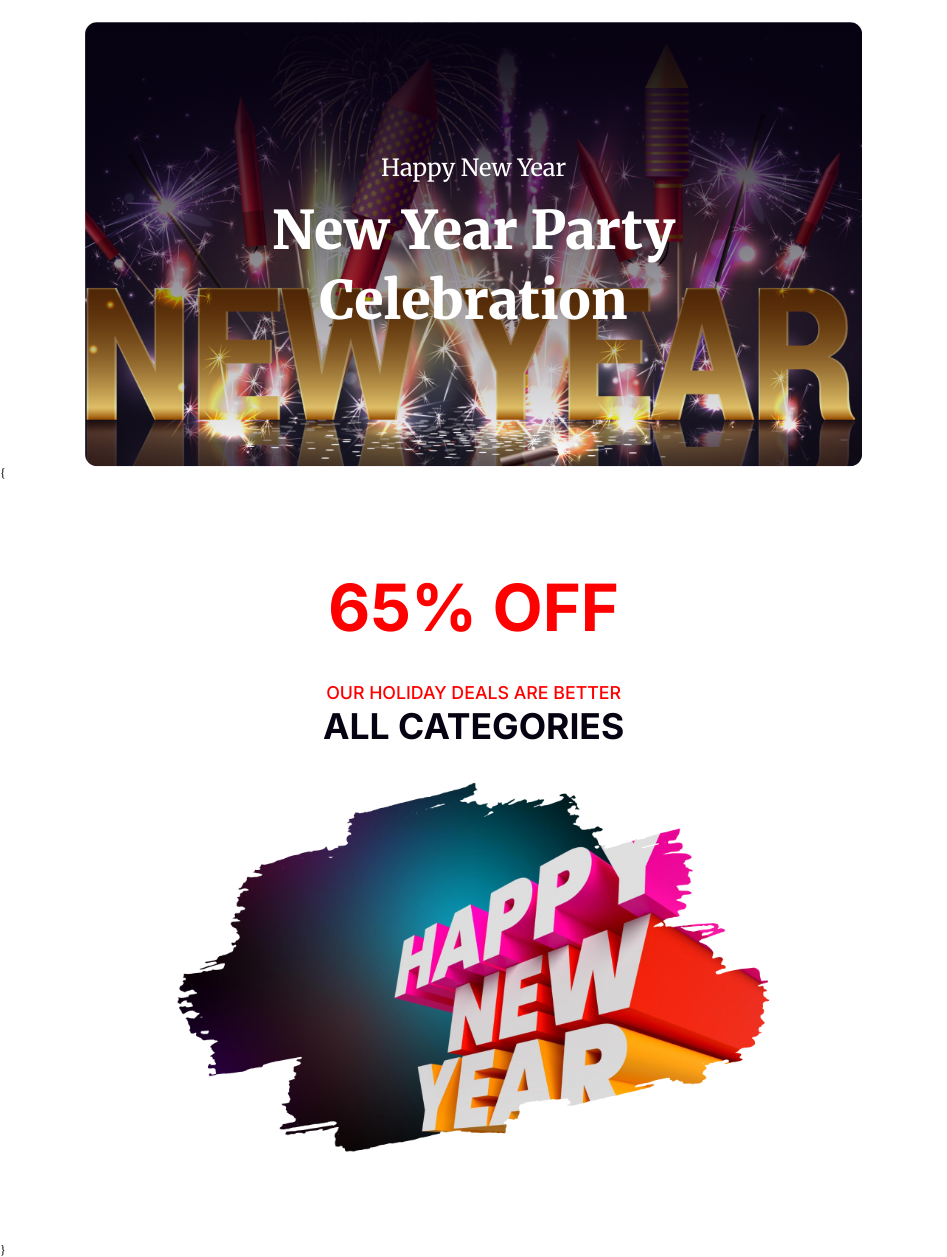
Repository: rahmatahmedrifat/First-Assignment
Page: index.html
These files come from the project's save history. The page is drawn as it stood at one moment and after the next save; the edit follows.
The browser window is 1280 px wide. The pictures show the whole page, at 74% of full size.

Above is the page before, as saved 2024-01-08 01:46:18.

### index.html
<!DOCTYPE html>
<html lang="en">
<head>
    <meta charset="UTF-8">
    <meta name="viewport" content="width=device-width, initial-scale=1.0">
    <!-- Title  -->
    <title>New Year 2024</title>
    <!-- favicon icon linked -->
    <link rel="shortcut icon" href="images/banner and other images/New Year Photo.png" type="image/x-icon">
    <!-- style css linked-->
    <link rel="stylesheet" href="Style/style.css">
</head>
<body>
    <!-- header part  -->
    <header>
        <!-- banner section part -->
        <section id="banner">
            <div class="container">
                <div class="banner-container">
                    <div class="banner-content">
                        <h3 class="celebration">Happy New Year</h3>
                        <h2 class="banner-title">New Year Party Celebration</h2>
                    </div>
                </div>
            </div>
        </section>
    </header>
    <!-- main part -->
    <main>
        <!-- categories section part  -->
        {
            <section id="categories">
                <div class="container">
                    <div class="categories-container">
                        <h2 class="categories-discount">65% OFF</h2>
                        <p class="all-summery">OUR HOLIDAY DEALS ARE BETTER</p>
                        <h3 class="categories-title">ALL CATEGORIES</h3>
                        <div class="categories-img">
                            <img id="new-year-img" src="images/New Year Photo.png" alt="Happy New Year">
                        </div>
                    </div>
                </div>
            </section>
        }
    </main>
    <!--  footer part -->
    <footer></footer>
</body>
</html>

### Style/style.css
/* import google fonts */
@import url('https://fonts.googleapis.com/css2?family=Inter:wght@100;200;300;400;500;600;700;800;900&family=Merriweather:ital,wght@0,300;0,400;0,700;0,900;1,300;1,400;1,700;1,900&display=swap');

*{
    margin: 0;
    padding: 0;
    outline: 0;
}

.container{
    width: 82%;
    margin: 0 auto;
}
/* banner section related css style */
#banner{
    margin-top: 30px;
}
.banner-container{
    background-image: linear-gradient(180deg, #070211 0%, rgba(7, 2, 17, 0.00) 100%), url(../images/Banner\ Image.png);
    background-size: cover;
    background-repeat: no-repeat;
    background-position: center;
    border-radius: 16px;
    padding: 177px 0px;
}
.banner-container .banner-content{
    width: 632px;
    margin: 0 auto;
}
.banner-container .banner-content .celebration{
    color: #FFF;
    text-align: center;
    font-family: Merriweather;
    font-size: 32px;
    font-style: normal;
    font-weight: 400;
    line-height: normal;
    margin-bottom: 16px;
    z-index: 99;
}
.banner-container .banner-content .banner-title{
    color: #FFF;
    text-align: center;
    font-family: Merriweather;
    font-size: 72px;
    font-style: normal;
    font-weight: 900;
    line-height: 95px;
}
/* categories section related css style */

#categories{
    margin: 120px 0px;
}
.categories-container .categories-discount{
    font-family: Inter;
    font-size: 88px;
    font-style: normal;
    font-weight: 700;
    color: #F00;
    text-align: center;
    line-height: normal;
    margin-bottom: 48px;
}
.all-summery{
    font-family: Inter;
    font-size: 24px;
    font-style: normal;
    font-weight: 500;
    color: #F00;
    text-align: center;
    line-height: normal;
}
.categories-container .categories-title{
    font-family: Inter;
    font-size: 48px;
    font-style: normal;
    font-weight: 700;
    color: #070211;
    text-align: center;
    line-height: normal;
    margin-bottom: 48px;
}
.categories-container .categories-img{
    width: 800px;
    margin: 0 auto;
}
.categories-img #new-year-img{
    max-width: 100%;
}

/* party-banner section css style  */

After the next save:
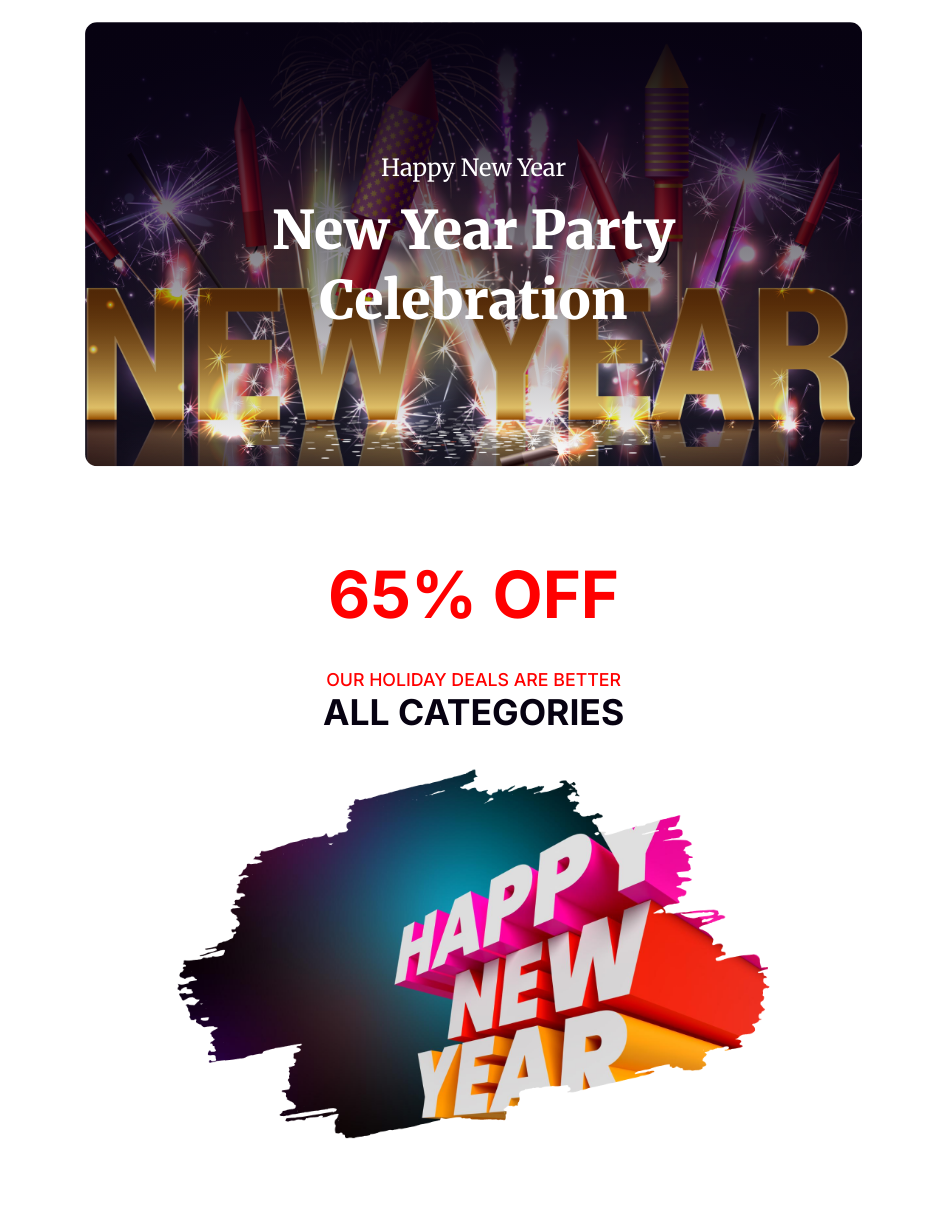
Saved 24 s later.
--- a/index.html
+++ b/index.html
@@ -28,7 +28,6 @@
     <!-- main part -->
     <main>
         <!-- categories section part  -->
-        {
             <section id="categories">
                 <div class="container">
                     <div class="categories-container">
@@ -41,7 +40,6 @@
                     </div>
                 </div>
             </section>
-        }
     </main>
     <!--  footer part -->
     <footer></footer>
